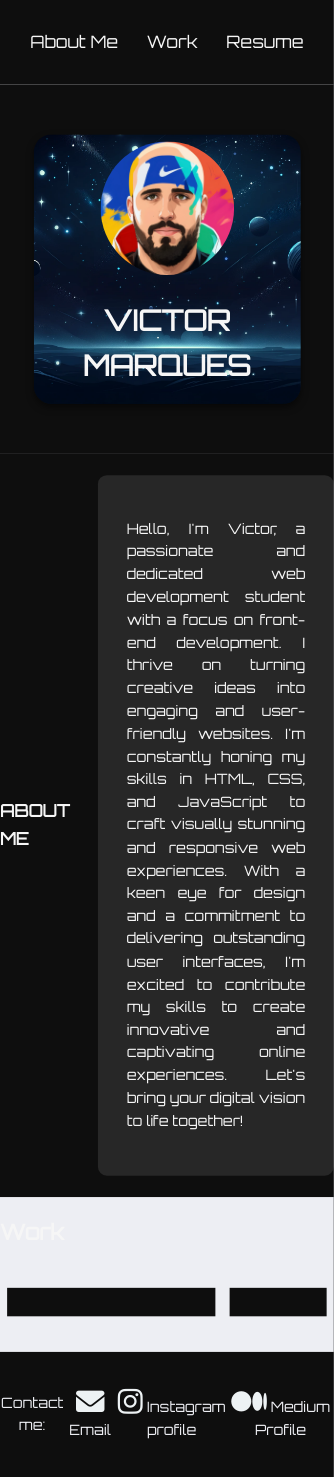
Repository: uvee35/Challenge2-Victor
Page: index.html
The author's editor kept a copy of each file at every save. The page is drawn from the files as they stood at one save, then again after the next save.
The browser window is 375 px wide. The pictures show the whole page, at 89% of full size.

Above is the page before, as saved 2023-12-11 22:54:19.

After the next save:
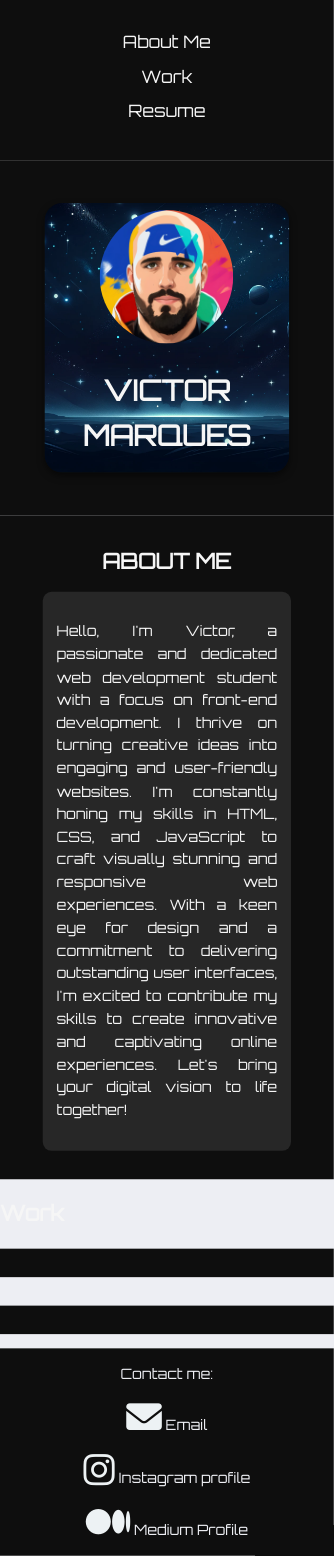
Saved 2 min 54 s later.
--- a/assets/style.css
+++ b/assets/style.css
@@ -175,27 +175,65 @@
   color: var(--accent-color);
 }
 
-/@media (max-width: 768px) {
+/* Media Queries for Responsive Design */
+@media (max-width: 768px) {
+  .project {
+    width: calc(50% - 1rem);
+  }
+
+  .project--featured {
+    width: calc(66.666% - 1rem);
+  }
+
+  .about-box {
+    width: 90%; /* Adjusted from 100% to 90% */
+    padding: 1rem; /* Added padding for better readability */
+  }
+
+  .footer__contact-info {
+    flex-direction: column; /* Stack contact info vertically */
+    gap: 1rem; /* Add spacing between contact info items */
+  }
+
+  .social-icon {
+    font-size: 2.5rem; /* Increased icon size for better visibility */
+  }
+}
+
+@media (max-width: 480px) {
   .nav__list {
     flex-direction: column;
     align-items: center;
   }
 
-  .project, .footer__link {
-    /* Adjustments for tablet view */
-  }
-}
-
-@media (max-width: 480px) {
-  .hero-banner, .about-section, .work__projects, .footer__contact-info {
-    padding: 3vh 0; /* Less padding on smaller screens */
-  }
-
-  .about-title, .work__title, .footer__title {
-    font-size: 1.2rem; /* Smaller font size */
-  }
-
-  .project, .footer__link {
-    /* Adjustments for mobile view */
-  }
-}
+  .nav__item {
+    margin-bottom: 0.5rem;
+  }
+
+  .project,
+  .project--featured {
+    width: 100%;
+  }
+
+  .about-section {
+    flex-direction: column;
+    text-align: center;
+  }
+
+  .about-title {
+    margin: 0 0 1rem 0;
+  }
+
+  .about-box {
+    padding: 1rem; /* Added padding for better readability */
+  }
+
+  .footer__contact-info {
+    flex-direction: column; /* Stack contact info vertically */
+    gap: 1rem; /* Add spacing between contact info items */
+  }
+
+  .social-icon {
+    font-size: 2.5rem; /* Increased icon size for better visibility */
+  }
+}
